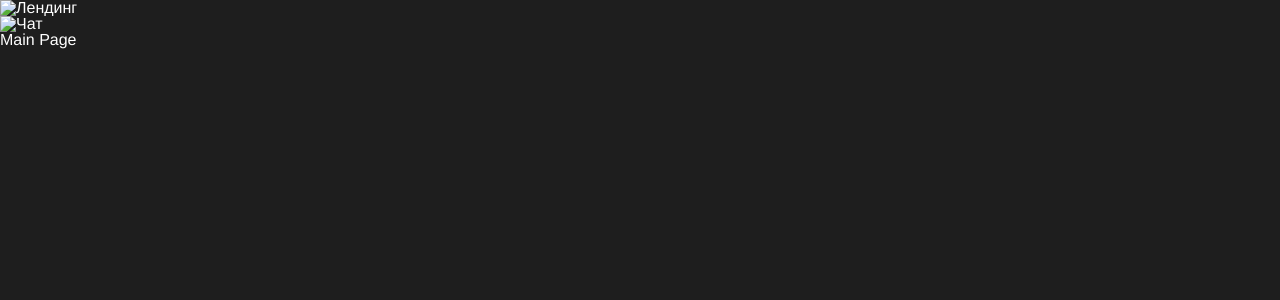
Repository: 1mpuryyyyy/x-port
Page: /
These files come from the project's save history. The page is drawn as it stood at one moment and after a run of saves; the edit follows.
The browser window is 1280 px wide. The pictures show the whole page.
The project was rebuilt for these pictures with package versions that can differ from the ones it lists, and the page was loaded fresh each time. Also part of the build but not shown: vite.config.js, src/App.css, src/components/Navbar/Navbar.module.css.

Above is the page before, as saved 2025-10-07 02:07:50.

After the next 4 saves:
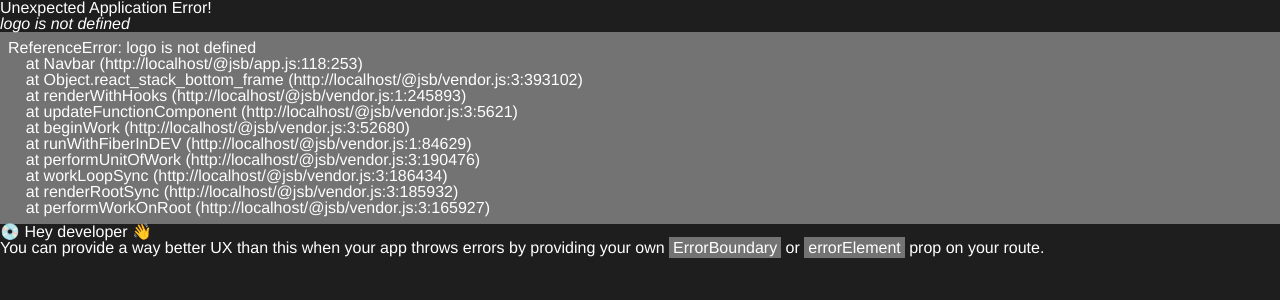
The 4 saves are shown as one change because 2 did not build or start and some came seconds apart.
The last was saved 30 s later.
--- a/src/components/Navbar/Navbar.jsx
+++ b/src/components/Navbar/Navbar.jsx
@@ -1,13 +1,12 @@
 import { Link } from 'react-router-dom'
 import style from './Navbar.module.css'
-import {logo} from '../../'
 
 export default function Navbar() {
     return <nav className={style["nav-bar"]} id='navbar'>
         <ul id='ul'>
             <li>
                 <Link to="/main/page" >
-                    <img src={'/'} alt="Лендинг" />
+                    <img src={logo} alt="Лендинг" />
                 </Link>
             </li>
             <li>
